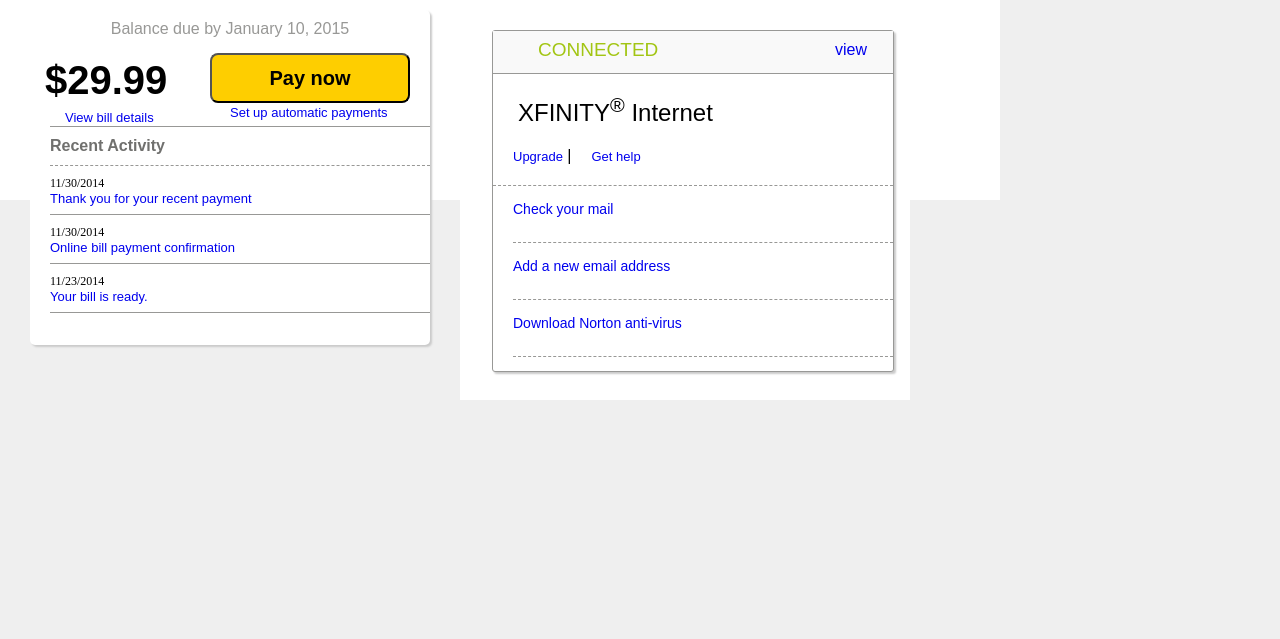
Repository: Sakivaday/UI-TSQ
Page: Aptana Studio 3 Workspace/tsq/assignment3/comcast.html
An editor plug-in stored every save of this project. The page is shown before and after the next save, followed by the edit.
The browser window is 1280 px wide. The pictures show the whole page.
Pictures or frames that could not be fetched are drawn as grey boxes.

Above is the page before, as saved 2015-01-20 04:49:28.

After the next save:
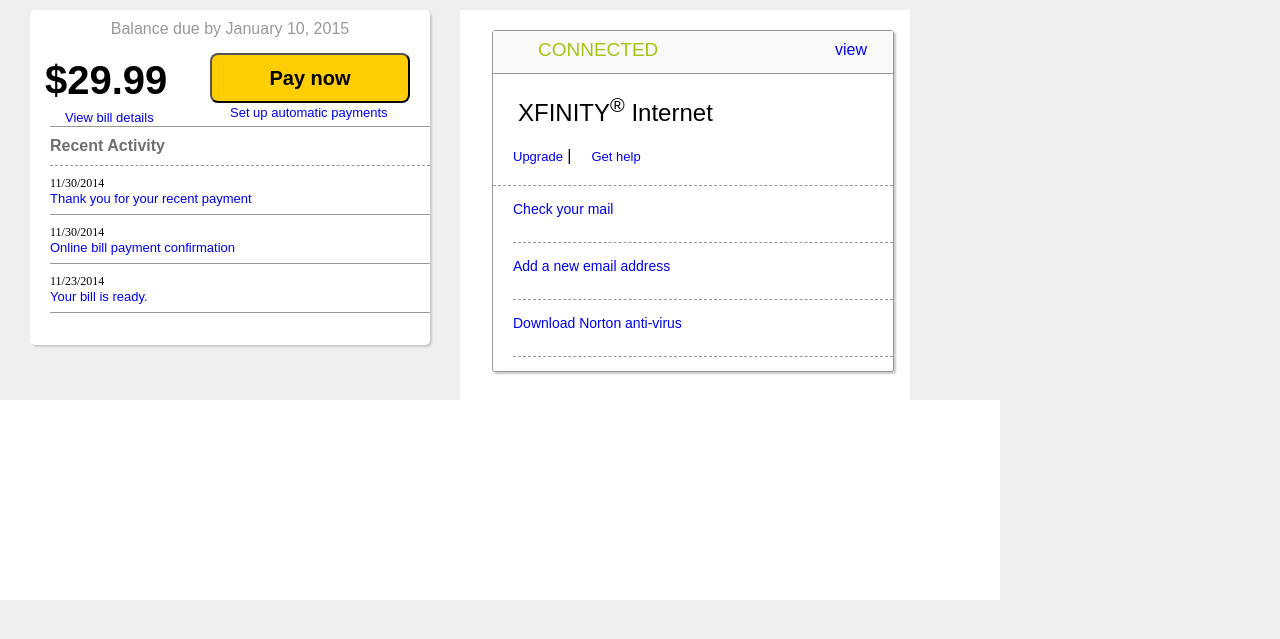
Saved 64 s later.
--- a/Aptana Studio 3 Workspace/tsq/assignment3/new_file.css
+++ b/Aptana Studio 3 Workspace/tsq/assignment3/new_file.css
@@ -161,7 +161,7 @@
 	background-color: white;
 	height: 200px;
 	width: 1000px;
-	float: bottom;
+	float: left;
 }
 .rectbox{
 
